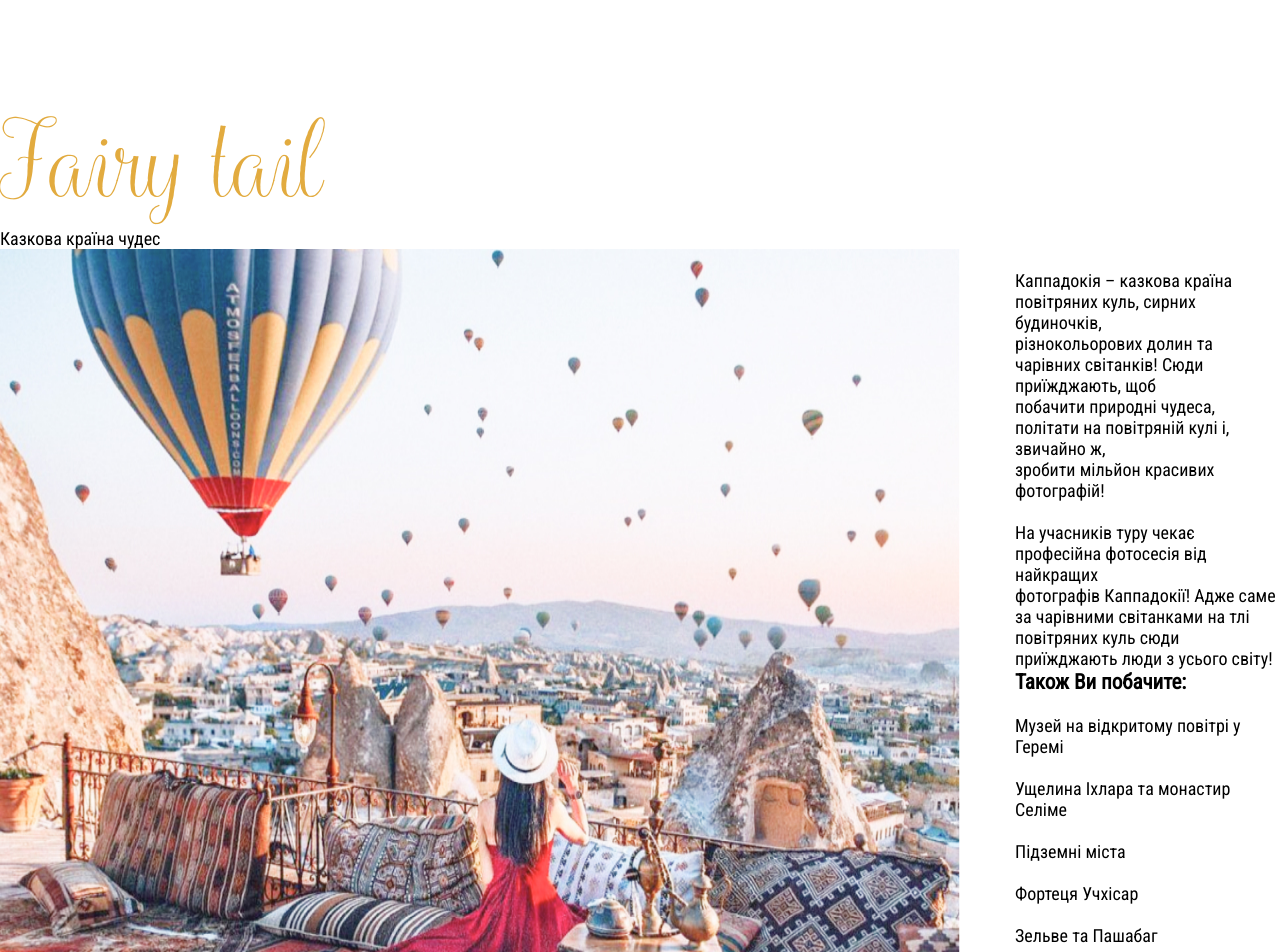
Repository: KYUUBI-K/cappadocia
Page: index.html
An editor plug-in stored every save of this project. The page is shown before and after the next save, followed by the edit.
The browser window is 1280 px wide. The pictures show the part of the page from y = 820 to 1772 px (the page is 1913 px tall before and 1769 px after).

Above is the page before, as saved 2025-08-17 19:00:13.

After the next save:
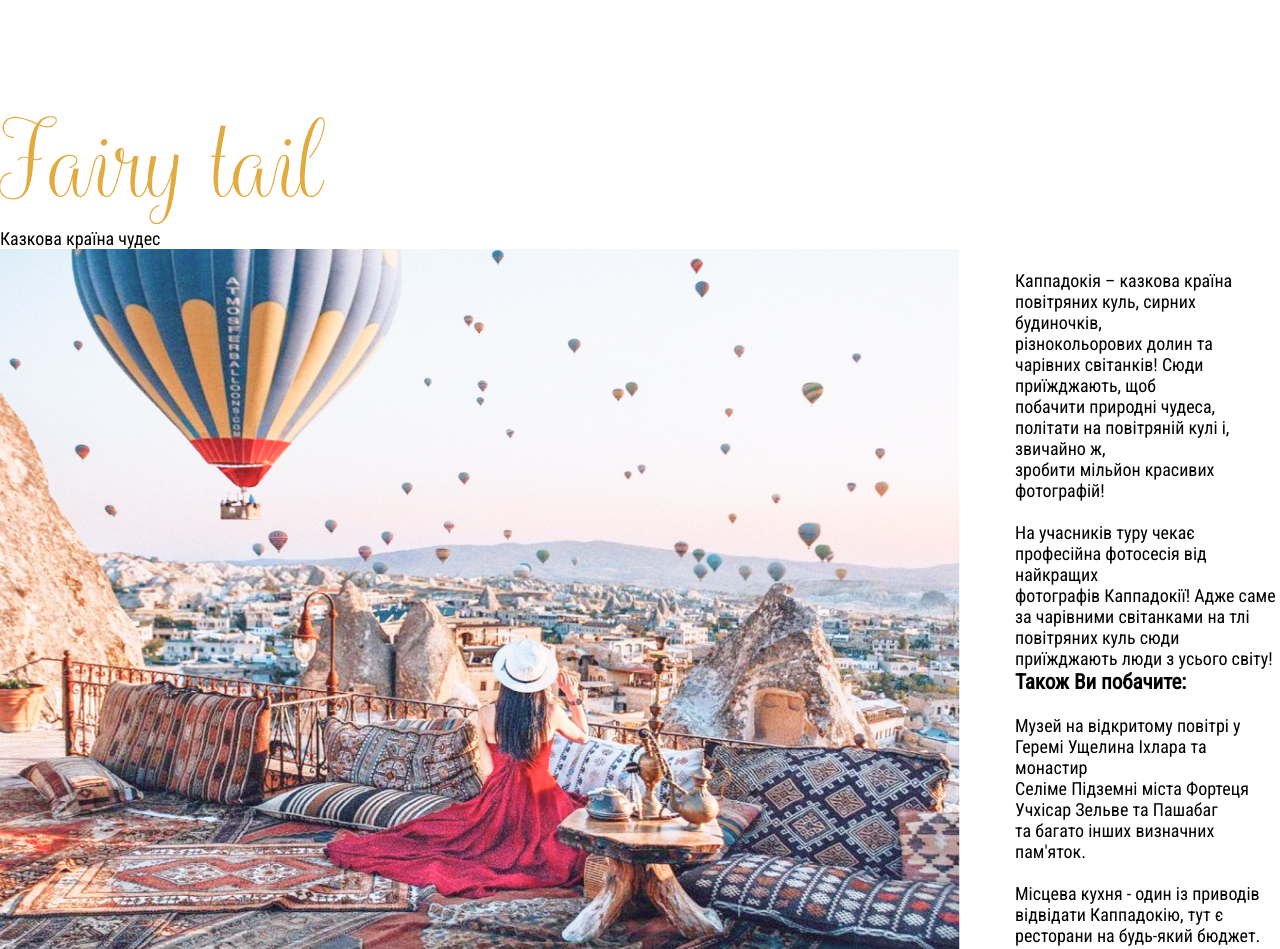
Saved 57 s later.
--- a/index.html
+++ b/index.html
@@ -83,13 +83,10 @@
             повітряних куль сюди приїжджають люди з усього світу!
           </p>
           <h3>Також Ви побачите:</h3>
-          <ul>
-            <li>Музей на відкритому повітрі у Геремі</li>
-            <li>Ущелина Іхлара та монастир Селіме</li>
-            <li>Підземні міста</li>
-            <li>Фортеця Учхісар</li>
-            <li>Зельве та Пашабаг</li>
-          </ul>
+          <p>
+            Музей на відкритому повітрі у Геремі Ущелина Іхлара та монастир
+            Селіме Підземні міста Фортеця Учхісар Зельве та Пашабаг
+          </p>
           <p>та багато інших визначних пам'яток.</p>
           <p>
             Місцева кухня - один із приводів відвідати Каппадокію, тут є
